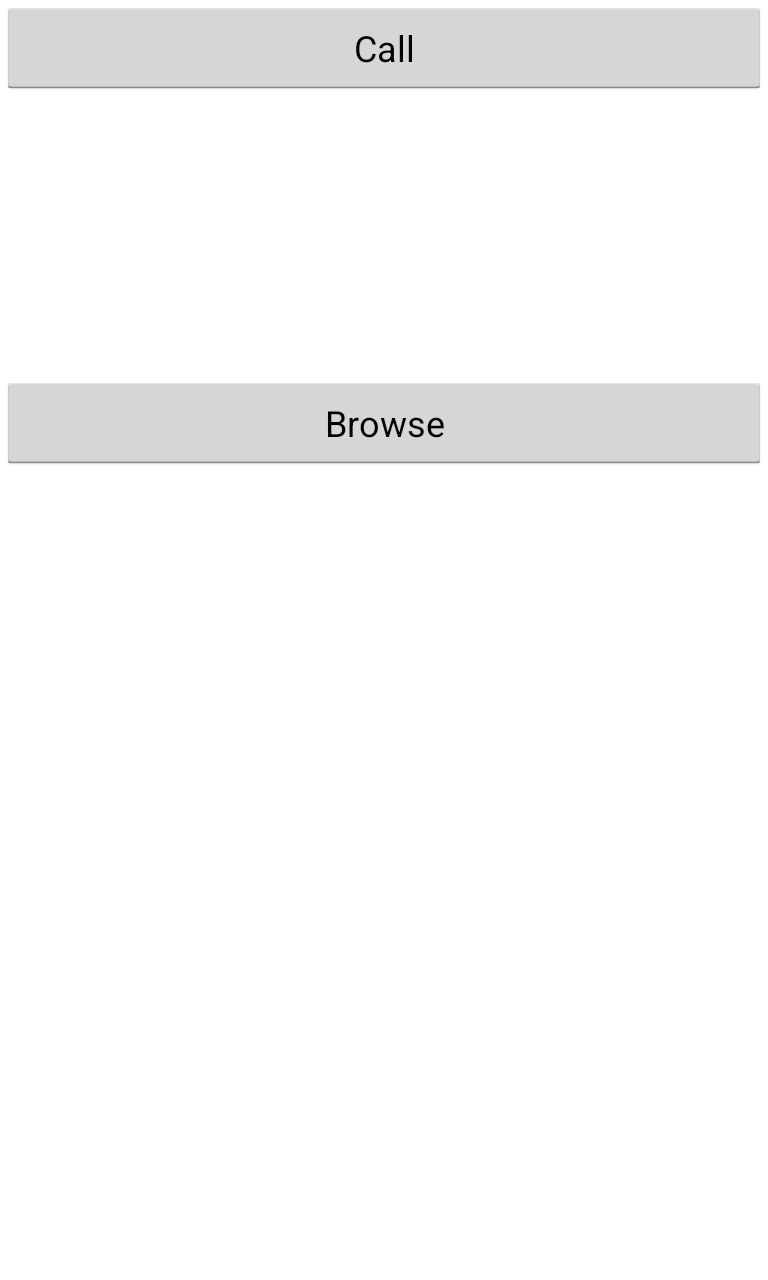
Repository: AnithaGorli/Android
Layout: ImplicitIntentApplication/res/layout/implicitintent.xml
The author's editor kept a copy of each file at every save. The layout is drawn from the files as they stood at one save, then again after the next save.
It is drawn on a 768 x 1280 px phone screen (xhdpi) without system bars, with theme AppTheme; the app's code is not run.

Above is the layout before, as saved 2014-09-10 10:06:33.

### ImplicitIntentApplication/res/layout/implicitintent.xml
<?xml version="1.0" encoding="utf-8"?>
<LinearLayout xmlns:android="http://schemas.android.com/apk/res/android"
    android:layout_width="match_parent"
    android:layout_height="match_parent"
    android:orientation="vertical" >


    <LinearLayout
        android:id="@+id/l1"
         android:layout_width="match_parent"
    android:layout_height="wrap_content"
    android:orientation="horizontal" >
    <Button
         android:id="@+id/call_btn"
          android:layout_width="match_parent"
        android:layout_height="wrap_content"
        android:text="@string/call"/>



    <Button
         android:id="@+id/contacts_btn"
          android:layout_width="match_parent"
        android:layout_height="wrap_content"
        android:text="@string/contacts"/>


     </LinearLayout>


    <LinearLayout
        android:id="@+id/l2"
         android:layout_width="match_parent"
    android:layout_height="wrap_content"
    android:orientation="horizontal" >

    <Button
         android:id="@+id/browse_btn"
          android:layout_width="match_parent"
        android:layout_height="wrap_content"
        android:text="@string/browse"/>
    <Button
         android:id="@+id/email_btn"
          android:layout_width="match_parent"
        android:layout_height="wrap_content"
        android:text="@string/email"/>

    </LinearLayout>
</LinearLayout>

### ImplicitIntentApplication/res/values/strings.xml
<resources>

    <string name="app_name">ImplicitIntentApplication</string>
     <string name="call">Call</string>
       <string name="email">Email</string>
    <string name="contacts">Contacts</string>
    <string name="browse">Browse</string>
<string name="choose">there is no contacts</string>
</resources>

Loaded but not shown: ImplicitIntentApplication/res/values/styles.xml (common file); ImplicitIntentApplication/res/values-v11/styles.xml (common file); ImplicitIntentApplication/res/values-v14/styles.xml (common file)

After the next save:
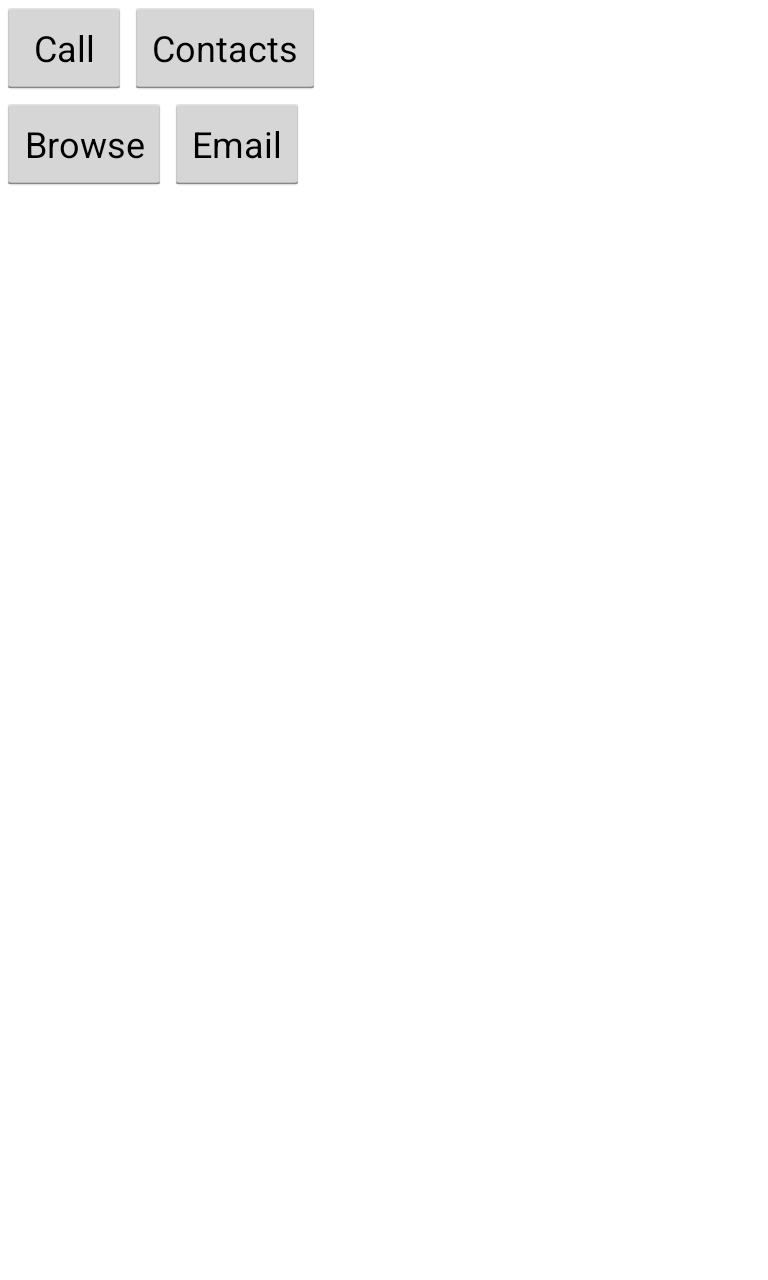
Saved 97 s later.
--- a/ImplicitIntentApplication/res/layout/implicitintent.xml
+++ b/ImplicitIntentApplication/res/layout/implicitintent.xml
@@ -12,16 +12,16 @@
     android:orientation="horizontal" >
     <Button
          android:id="@+id/call_btn"
-          android:layout_width="match_parent"
-        android:layout_height="wrap_content"
+          android:layout_width="wrap_content"
+        android:layout_height="match_parent"
         android:text="@string/call"/>
 
 
 
     <Button
          android:id="@+id/contacts_btn"
-          android:layout_width="match_parent"
-        android:layout_height="wrap_content"
+          android:layout_width="wrap_content"
+        android:layout_height="match_parent"
         android:text="@string/contacts"/>
 
 
@@ -36,13 +36,13 @@
 
     <Button
          android:id="@+id/browse_btn"
-          android:layout_width="match_parent"
-        android:layout_height="wrap_content"
+         android:layout_width="wrap_content"
+        android:layout_height="match_parent"
         android:text="@string/browse"/>
     <Button
          android:id="@+id/email_btn"
-          android:layout_width="match_parent"
-        android:layout_height="wrap_content"
+         android:layout_width="wrap_content"
+        android:layout_height="match_parent"
         android:text="@string/email"/>
 
     </LinearLayout>
